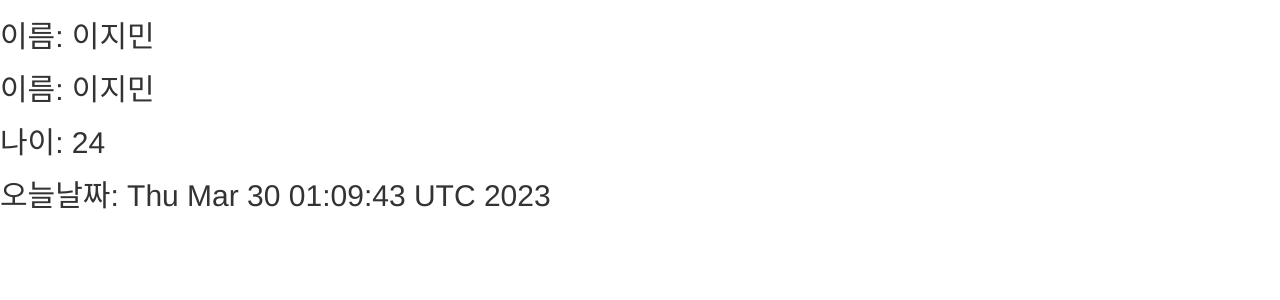
Repository: jungbee2/jungproject
Page: http://localhost/JstlProject/day0330/ex2_jstl_format.jsp
The author's editor kept a copy of each file at every save. The page is drawn from the files as they stood at one save, then again after a run of saves.
The browser window is 1280 px wide. The pictures show the whole page.
Some web fonts or font styles are not loaded; a fallback is used. The page is served by Tomcat 9. Other server files are loaded and not shown.

Above is the page before, as saved 2023-03-30 01:28:48.

### JstlProject/src/main/webapp/day0330/ex2_jstl_format.jsp
<%@page import="java.util.Date"%>
<%@ page language="java" contentType="text/html; charset=utf-8"
	pageEncoding="utf-8"%>
<%@ taglib uri="http://java.sun.com/jsp/jstl/core" prefix="c"%>
<%@ taglib uri="http://java.sun.com/jsp/jstl/fmt" prefix="fmt"%>
<!DOCTYPE html>
<html>
<head>
<meta charset="utf-8">
<title>Insert title here</title>

<link
	href="https://fonts.googleapis.com/css2?family=Anton&family=Edu+VIC+WA+NT+Beginner:wght@600&family=Gamja+Flower&family=Single+Day&family=Jua&family=Nanum+Pen+Script&display=swap"
	rel="stylesheet">
<link rel="stylesheet"
	href="https://maxcdn.bootstrapcdn.com/bootstrap/3.4.1/css/bootstrap.min.css">
<script src="https://code.jquery.com/jquery-3.6.3.js"></script>

</head>

<body>
<!-- 변수선언 -->
<c:set var="name" value="이지민"></c:set>
<c:set var="age" value="24"></c:set>
<c:set var="today" value="<%=new Date() %>"/>

<!-- 변수출력 -->
<!-- c:out이 변수출력인데 생략가능 -->
<h2>이름: <c:out value="${name }"/></h2>
<h2>이름: ${name }</h2>
<h2>나이: ${age }</h2>
<h2>오늘날짜: ${today }</h2>
</body>
</html>

After the next 2 saves:
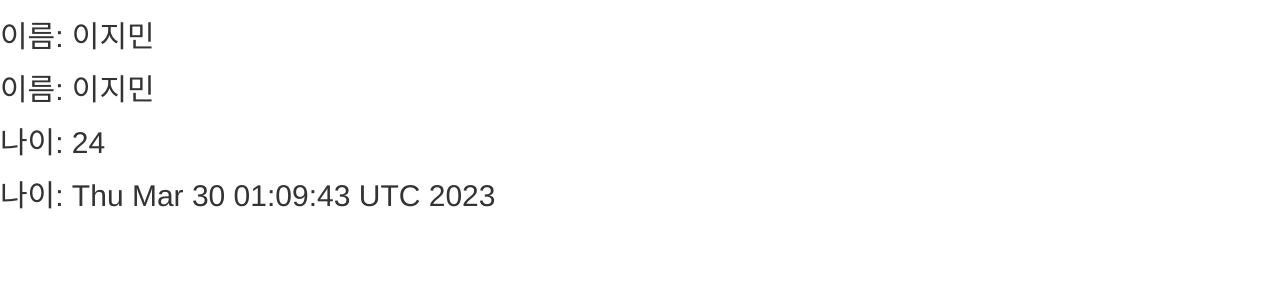
The 2 saves are shown as one change because they came seconds apart.
The last was saved 22 s later.
--- a/JstlProject/src/main/webapp/day0330/ex2_jstl_format.jsp
+++ b/JstlProject/src/main/webapp/day0330/ex2_jstl_format.jsp
@@ -29,6 +29,6 @@
 <h2>이름: <c:out value="${name }"/></h2>
 <h2>이름: ${name }</h2>
 <h2>나이: ${age }</h2>
-<h2>오늘날짜: ${today }</h2>
+<h2>나이: ${today }</h2>
 </body>
 </html>

After the save that followed:
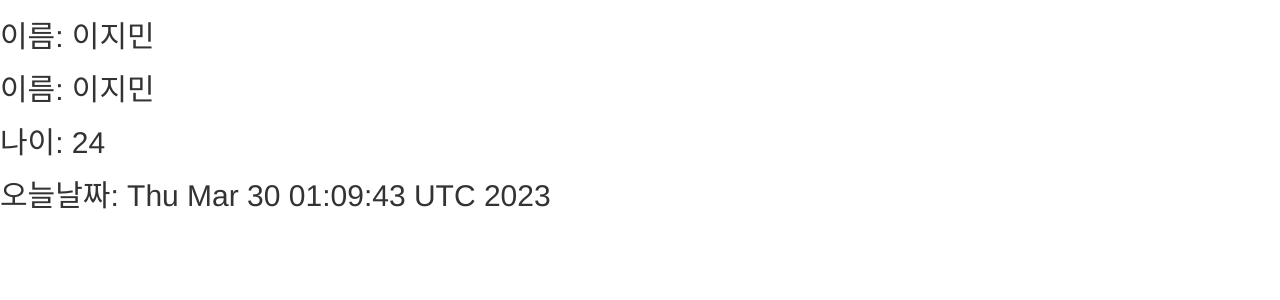
Saved 7 s later.
--- a/JstlProject/src/main/webapp/day0330/ex2_jstl_format.jsp
+++ b/JstlProject/src/main/webapp/day0330/ex2_jstl_format.jsp
@@ -29,6 +29,6 @@
 <h2>이름: <c:out value="${name }"/></h2>
 <h2>이름: ${name }</h2>
 <h2>나이: ${age }</h2>
-<h2>나이: ${today }</h2>
+<h2>오늘날짜: ${today }</h2>
 </body>
 </html>
